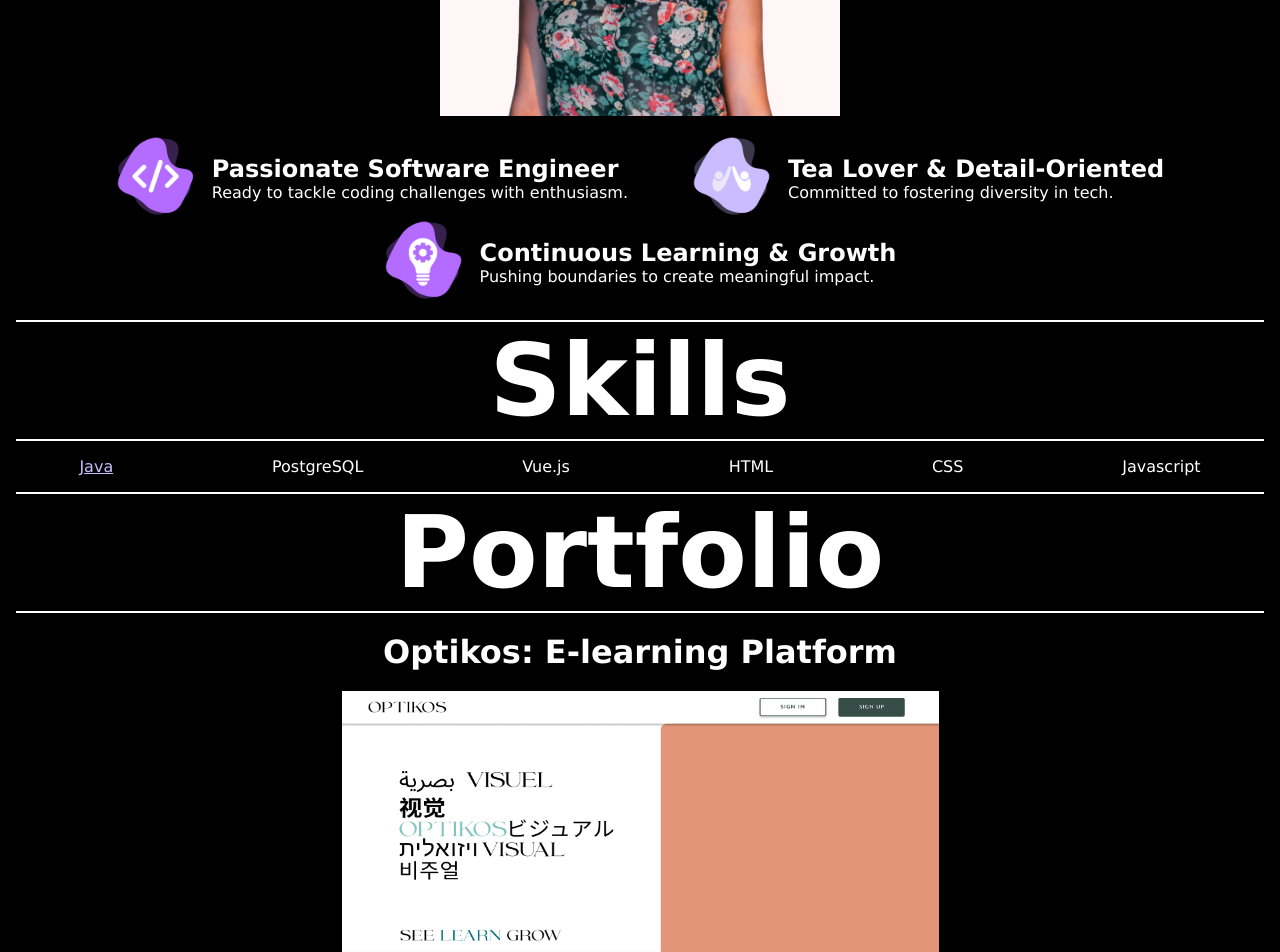
Repository: woodsdeshe/portfolio
Page: index.html
These files come from the project's save history. The page is drawn as it stood at one moment and after the next save; the edit follows.
The browser window is 1280 px wide. The pictures show the part of the page from y = 1170 to 2122 px (the page is 2483 px tall).
The pointer rests on the first visible `.skills-content > p`.
A picture or video elsewhere on the page could not be fetched, so the positions and the page height are approximate. Some web fonts or font styles are not loaded; a fallback is used.

Above is the page before, as saved 2023-06-11 15:53:37.

### index.html
<!DOCTYPE html>
<html lang="en">
<head>
    <meta charset="UTF-8">
    <meta http-equiv="X-UA-Compatible" content="IE=edge">
    <meta name="viewport" content="width=device-width, initial-scale=1.0">
    <title data-aos="fade-down">DeShe Woods | Software Engineer</title>
    <link rel="stylesheet" href="style.css">
    <link rel="stylesheet" href="https://cdnjs.cloudflare.com/ajax/libs/aos/2.3.4/aos.css" />
</head>
<body>
    <div class="container">
        <video autoplay muted loop>
            <source src="./images/pexels-crazy-motions-11738195-1920x1080-24fps.mp4" type="video/mp4">
        </video>
        <div class="header">
            <h1>DESHE WOODS</h1>
        </div>
    </div>
    <div class="subheader">
        <h3>SOFTWARE ENGINEER | VISUAL ARTIST</h3>
    </div>
    <nav class="navbar">
        <ul>
            <li><a href="#about">About</a></li>
            <li><a href="#skills">Skills</a></li>
            <li><a href="#portfolio">Portfolio</a></li>
            <li><a href="#contact">Contact</a></li>
        </ul>
    </nav>
    <div class="headshot" data-aos="fade-up">
        <img src="./images/Headshot.jpg" alt="Picture of DeShe Woods">
    </div>
    <div class="about-me" data-aos="fade-up">
        <div class="about-container">
            <div class="logo">
                <img src="./images/code-logo.png" alt="Software Engineer Logo">
            </div>
            <div class="about-content">
                <h2>Passionate Software Engineer</h2>
                <p>Ready to tackle coding challenges with enthusiasm.</p>
            </div>
        </div>
        <div class="about-container">
            <div class="logo">
                <img src="./images/diversity-logo.png" alt="Tea Lover Logo">
            </div>
            <div class="about-content">
                <h2>Tea Lover & Detail-Oriented</h2>
                <p>Committed to fostering diversity in tech.</p>
            </div>
        </div>
        <div class="about-container">
            <div class="logo">
                <img src="./images/gears-logo.png" alt="Continuous Learning Logo">
            </div>
            <div class="about-content">
                <h2>  Continuous Learning & Growth</h2>
                <p>Pushing boundaries to create meaningful impact.</p>
            </div>
        </div>
    </div>


    <div class="skills-header">
        <h1 id="skills">Skills</h1>
    </div>
    <div class="skills-content" data-aos="fade-up">
        <p class="java">Java</p>
        <p class="postgresql">PostgreSQL</p>
        <p class="Vue-js">Vue.js</p>
        <p class="html">HTML</p>
        <p class="css">CSS</p>
        <p class="javascript">Javascript</p>
    </div>
    <div class="portfolio-header">
        <h1 id="portfolio">Portfolio</h1>
    </div>
    <div class="optikos" data-aos="fade-up">
        <h1>Optikos: E-learning Platform</h1>
        <img src="./images/Screenshot (6).png" alt="Screenshot of Optikos home page">
    </div>
    <div class="contact" id="contact">
        <h2>Contact</h2>
    </div>
   <footer>
    <a href="#">LinkedIn</a> |
    <a href="#">Github</a> |
    <a href="#">Email</a>
   </footer>

   <script src="https://cdnjs.cloudflare.com/ajax/libs/jquery/3.6.0/jquery.min.js"></script>
   <script src="https://cdnjs.cloudflare.com/ajax/libs/aos/2.3.4/aos.js"></script>
   <script>
     AOS.init();
   </script>
</body>
</html>

### style.css
@import url('https://fonts.googleapis.com/css2?family=Climate+Crisis&display=swap');

* {
    margin: 0;
    padding: 0;
    box-sizing: border-box;
}

body:not(.container) {
    background-color: #000;
    font-family: Verdana, Geneva, Tahoma, sans-serif;
    color: white;
    overflow-y: scroll;
}

.container {
    width: 100%;
    min-height: 100vh;
    position: relative;
    overflow: hidden;
}

.container video {
    height: 100%;
    width: 100%;
}

.header h1{
    font-family:'Climate Crisis', cursive, Verdana;
    font-size: 200px;
    font-weight: 900;
    text-align: center;
    color: white;
    position: absolute;
    top: 0;
    left:0;
    background: #000;
    height: 100%;
    width: 100%;
    display:flex;
    align-items: center;
    justify-content: center;
    flex-wrap: wrap;
    mix-blend-mode: multiply;
}

.subheader {
    border-top: 2px solid white;
    border-bottom: 2px solid white;
    padding: 1rem;
    text-align: center;
    font-size: 40px;
}

.navbar {
    background-color: #000;
    padding: 1rem;
    text-align: center;
}

.navbar ul {
    list-style-type: none;
}

.navbar li {
    display: inline-block;
    margin-right: 1rem;
}

.navbar a {
    text-decoration: none;
    color: white;
    font-size: 20px;
    font-weight: bold;
    padding: 0.5rem 1rem;
}

.navbar a:hover {
    background-color: #b46bff;
    border-radius: 5px;
}


.headshot img {
    height:400px;
    width: 400px;
    align-content: center;
    display:block;
    margin-left: auto;
    margin-right: auto;
    margin-top: 20px;
    margin-bottom: 20px;
}


.about-me {
    display: flex;
    flex-wrap: wrap;
    justify-content: center;
}

.about-container {
    display: flex;
    align-items: center;
    margin: 0 2rem;
}

.logo img {
    height: 80px;
    width: 80px;
}

.about-content {
    margin-left: 1rem;
}

.portfolio-header, .skills-header, .contact h2 {
    font-size: 50px;
    text-align: center;
    border-top: 2px solid white;
    border-bottom: 2px solid white;
    margin: 1rem
}

.skills-content {
    display: flex;
    flex-direction: row;
    justify-content: space-around;
}

.skills-content > p:hover {
   text-decoration: underline;
   color: #cabcff;
}

.skills-content > p:hover::after {

}

.portfolio {
    display: flex;
    flex-direction: column;
}

.optikos img {
   width: 597px;
   height: 500px;
   display: block;
   margin-left: auto;
    margin-right: auto;
    margin-bottom: 20px;
}


.optikos h1 {
    text-align: center;
    margin: 20px;
}

.optikos p {
    grid-area: "optikos-content";
}

.contact h2{
    font-size: 50px
}

footer {
    display: flex;
    justify-content: center;
    font-size: 20px;
}

footer a {

        box-shadow: inset 0 0 0 0 #54b3d6;
        color: white;
        margin: 0 -.25rem;
        padding: 0 .25rem;
        transition: color .3s ease-in-out, box-shadow .3s ease-in-out;
}

footer a:hover {
    box-shadow: inset 100px 0 0 0 #54b3d6;
    color: white;
}

@media screen and (max-width: 768px) {
.container {
        min-height: auto;
        height: 100vh;
    }
    .container video {
        height: auto;
        width: 100%;
    }

    .about-me {
        flex-direction: column;
        align-items: center;
    }

    .about-container {
        margin: 1rem 0;
    }

    .about-content {
        margin-left: 0;
        margin-top: 1rem;
    }
}

body:not(.container) {
    overflow-x: hidden;
}

After the next save:
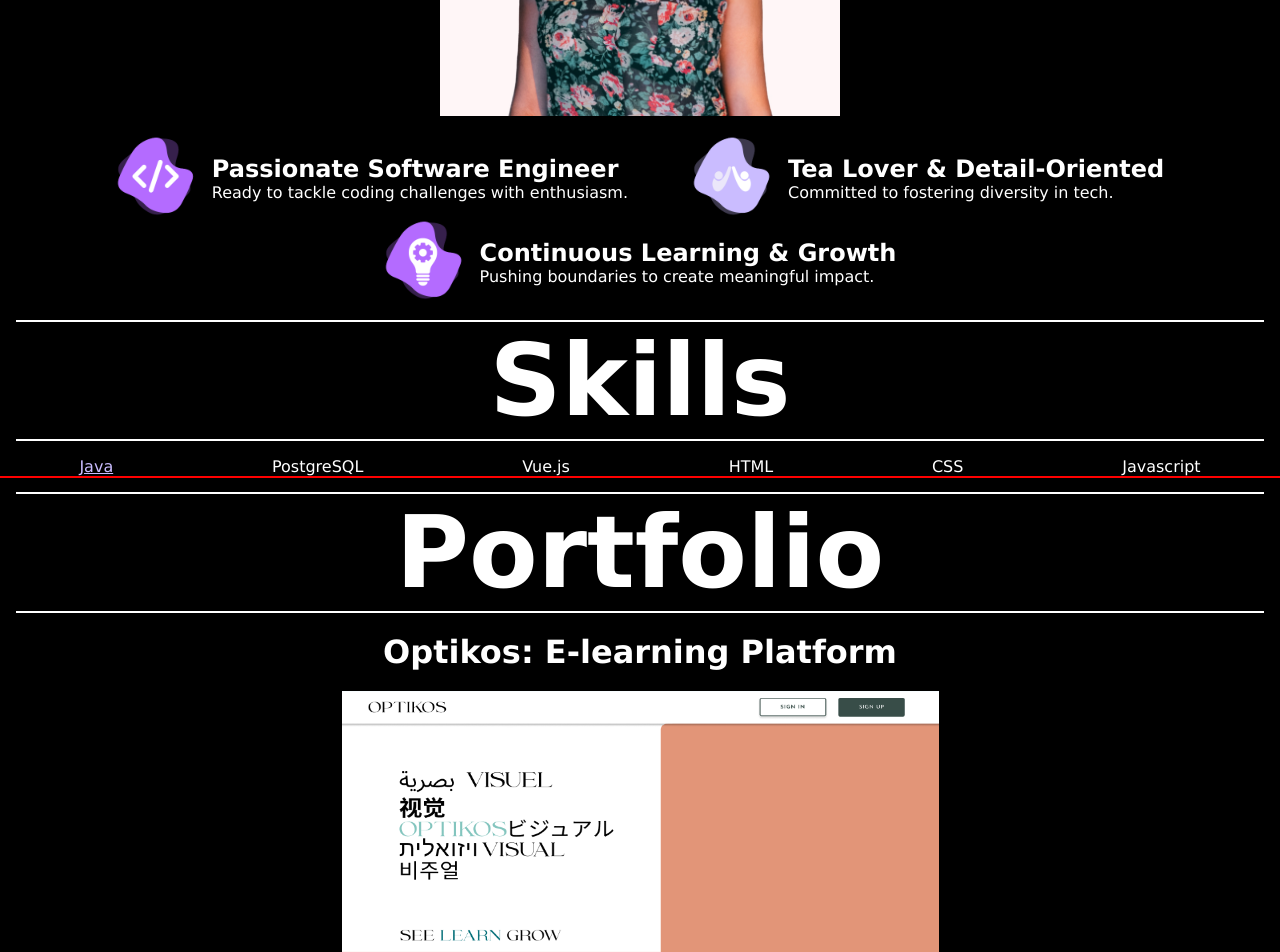
Saved 8 s later.
--- a/style.css
+++ b/style.css
@@ -134,7 +134,13 @@
 }
 
 .skills-content > p:hover::after {
-
+    content: "";
+    position: absolute;
+    bottom: -2px; /* Adjust the position of the line */
+    left: 0;
+    width: 100%; /* Adjust the width of the line */
+    height: 2px; /* Adjust the height of the line */
+    background-color: red; /* Change the color of the line */
 }
 
 .portfolio {

After the 2 saves that followed:
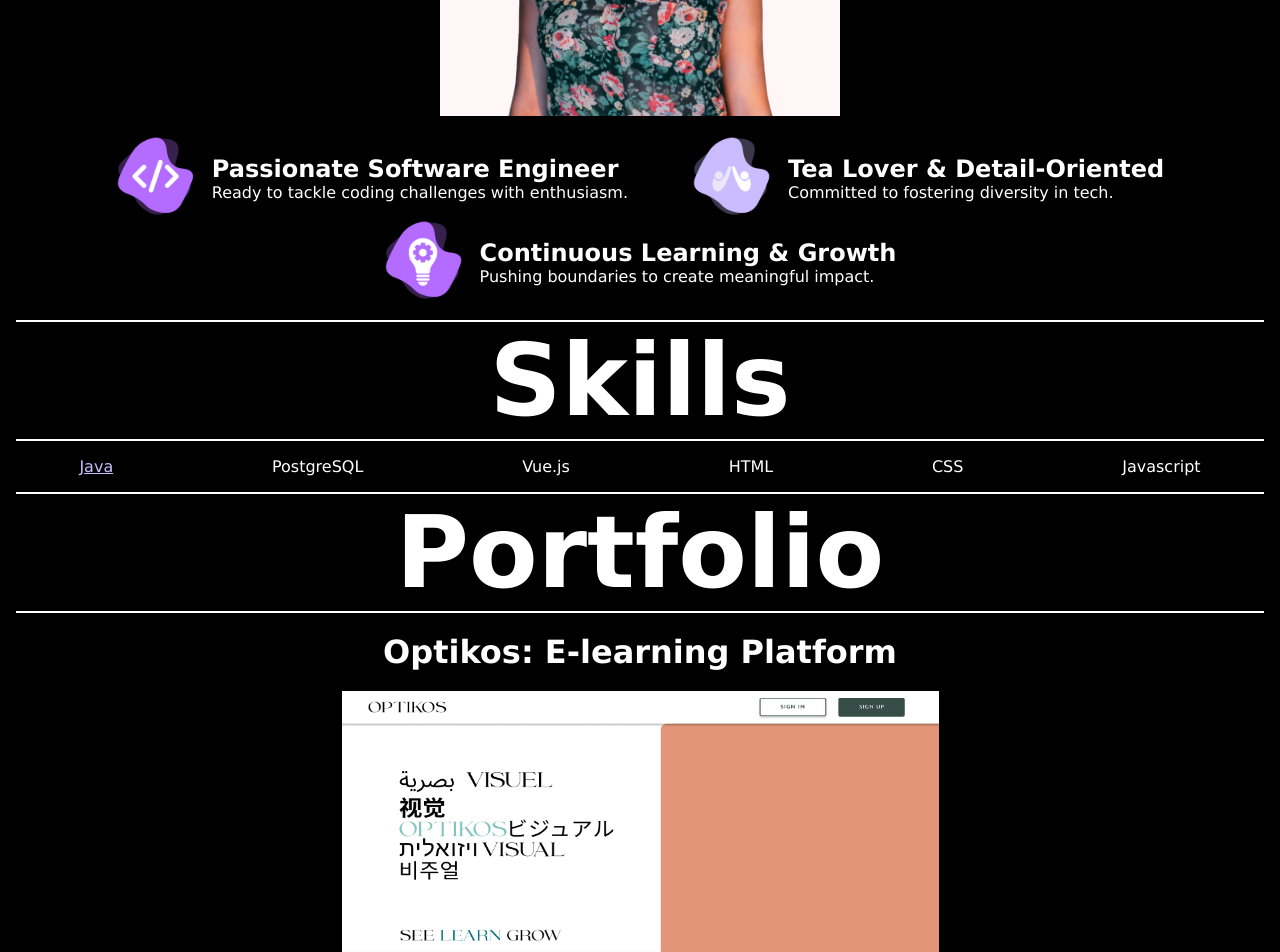
The 2 saves are shown as one change because they came seconds apart.
The last was saved 22 s later.
--- a/style.css
+++ b/style.css
@@ -133,15 +133,6 @@
    color: #cabcff;
 }
 
-.skills-content > p:hover::after {
-    content: "";
-    position: absolute;
-    bottom: -2px; /* Adjust the position of the line */
-    left: 0;
-    width: 100%; /* Adjust the width of the line */
-    height: 2px; /* Adjust the height of the line */
-    background-color: red; /* Change the color of the line */
-}
 
 .portfolio {
     display: flex;
